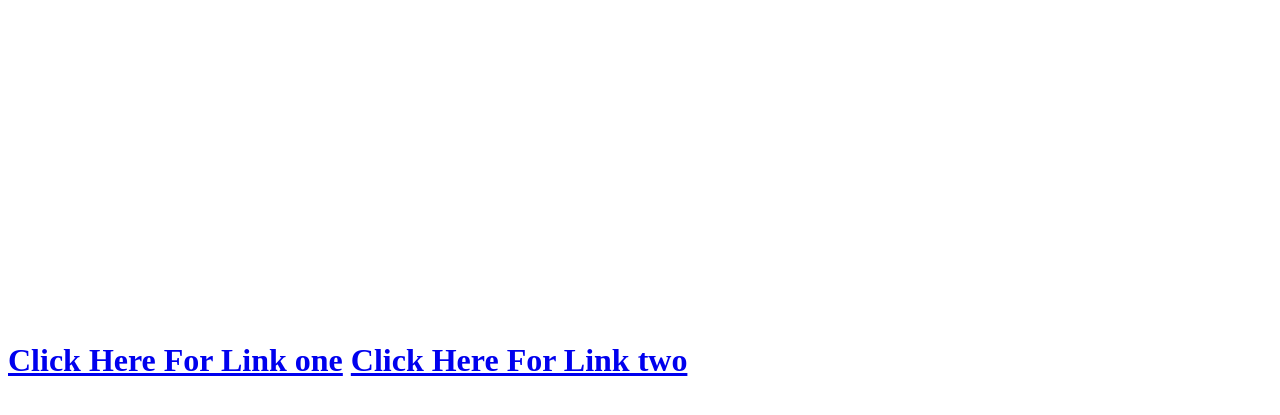
Repository: deeptimahisare1206/Spring_MVC
Page: http://localhost/Spring_MVC_1/
An editor plug-in stored every save of this project. The page is shown before and after the next save, followed by the edit.
The browser window is 1280 px wide. The pictures show the whole page.
The page is served by Tomcat 9. Other server files are loaded and not shown.

Above is the page before, as saved 2024-11-26 11:41:37.

### Spring_MVC_1/src/main/webapp/index.jsp
<html>
<head>

<style type="text/css">

body {
	background-color: #5cdcdcd;
	display: flex;
	place-items:center;

}

</style>
</head>
<body>
<h1>
<a href = "one">Click Here For Link one</a>

<a href = "two">Click Here For Link two</a>

</h1>
</body>
</html>

After the next save:
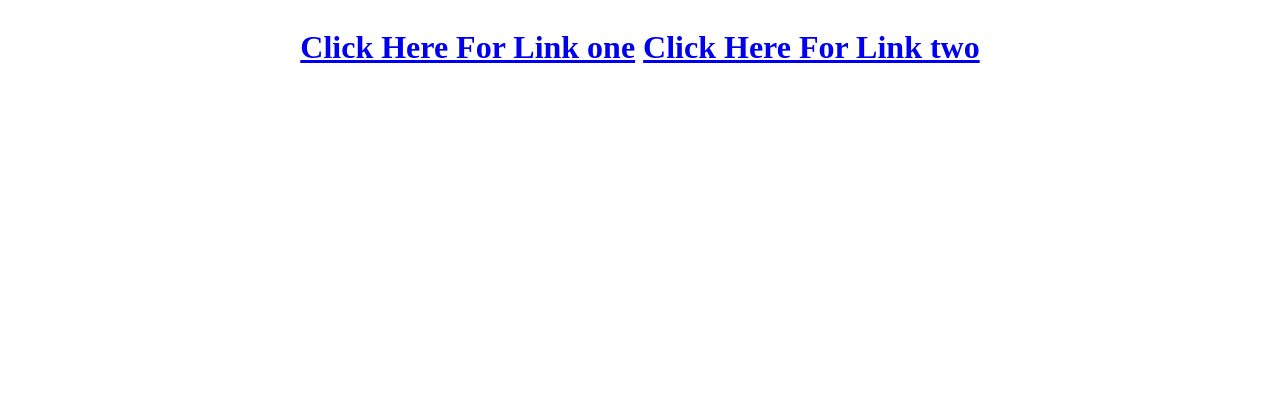
Saved 24 s later.
--- a/Spring_MVC_1/src/main/webapp/index.jsp
+++ b/Spring_MVC_1/src/main/webapp/index.jsp
@@ -7,6 +7,7 @@ body {
 	background-color: #5cdcdcd;
 	display: flex;
 	place-items:center;
+	flex-direction: column;
 
 }
 
